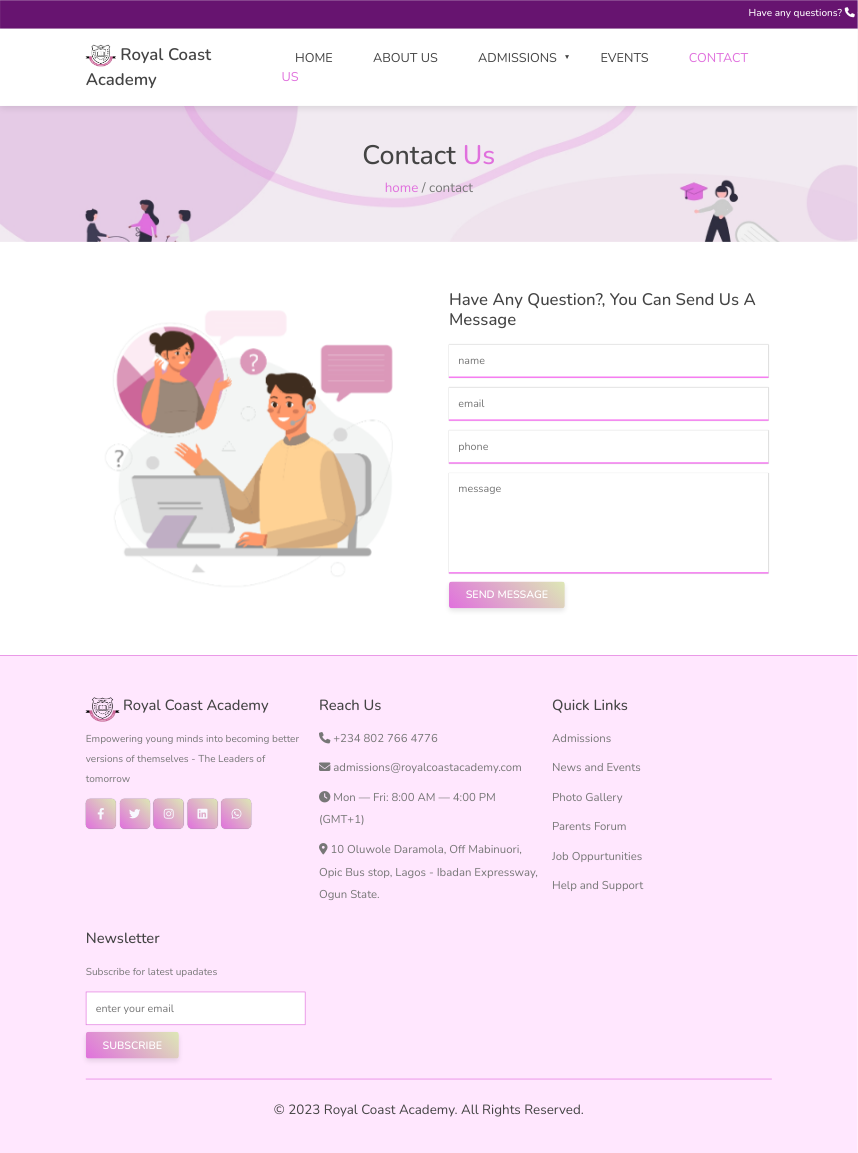
Repository: AdeniranZion/RC-Academy
Page: http://localhost/contact.php
These files come from the project's save history. The page is drawn as it stood at one moment and after the next save; the edit follows.
The browser window is 1280 px wide. The pictures show the whole page, at 67% of full size.
Some web libraries are served in a nearby version. The page is run by PHP 8.4 with error messages shown; the project is at /var/www/html/.

Above is the page before, as saved 2024-06-21 18:30:55.
Console error: TypeError: Cannot set properties of null (setting 'onclick')

### contact.php
<?php include_once "partials/header.php"; ?>


<!-- header section ends -->

<section class="heading-link" data-aos="fade-in">
   <h3>contact <span style="color: #e070dd;">us</span></h3>
   <p> <a href="index.php">home</a> / contact </p>
</section>

<!-- contact section starts  -->

<section class="contact">

   <div class="row">

      <div class="image" data-aos="fade-right">
         <img src="images/contact-img.png" alt="">
      </div>

      <form action="" data-aos="fade-left" data-aos-duration="1200">
         <h3>Have any Question?, You can send us a message</h3>
         <input type="text" placeholder="name" class="box">
         <input type="email" placeholder="email" class="box">
         <input type="number" placeholder="phone" class="box">
         <textarea name="" class="box" placeholder="message" id="" cols="30" rows="10"></textarea>
         <input type="submit" value="send message" class="btn">
      </form>
   </div>
   <div>

   </div>

</section>

<!-- contact section ends -->


<?php include_once "partials/footer.php"; ?>



<!-- swiper js link  -->
<script src="https://unpkg.com/swiper@7/swiper-bundle.min.js"></script>

<!-- custom js file link  -->
<script src="js/script.js"></script>

</body>
</html>

### partials/header.php
 <!--HTML BEGINS-->
<!doctype html>
<html lang="en">
  <head>

  <script src="https://cdn.jsdelivr.net/npm/aos@2.3.4/dist/aos.js"></script>
  <link rel="stylesheet" href="https://cdn.jsdelivr.net/npm/aos@2.3.4/dist/aos.css">
<link rel="stylesheet" href="css/qlstyle.css">
<link rel="stylesheet" href="https://cdn.jsdelivr.net/npm/bootstrap@4.5.3/dist/css/bootstrap.min.css" integrity="sha384-TX8t27EcRE3e/ihU7zmQxVncDAy5uIKz4rEkgIXeMed4M0jlfIDPvg6uqKI2xXr2" crossorigin="anonymous">
<link rel="stylesheet" href="https://cdn.jsdelivr.net/npm/bootstrap-icons@1.11.3/font/bootstrap-icons.min.css">
<link rel="stylesheet" href="https://cdnjs.cloudflare.com/ajax/libs/font-awesome/6.3.0/css/all.min.css">
<link rel="stylesheet" href="https://unpkg.com/swiper@7/swiper-bundle.min.css">


  <title>Royal Coast Academy</title>
    <!-- Required meta tags -->
    <meta charset="UTF-8">
   <meta http-equiv="X-UA-Compatible" content="IE=edge">
   <meta name="viewport" content="width=device-width, initial-scale=1.0">



   <!-- swiper css link  -->
   <link rel="stylesheet" href="https://unpkg.com/swiper@7/swiper-bundle.min.css" />
   <link rel="stylesheet" href="https://fontawesome.com/icons/phone?s=solid&f=classic" />

   <!-- custom css file link  -->
   <link rel="stylesheet" href="css/style.css">
   <link rel="stylesheet" href="css/aos.css">



<!-- //Go to top Button -->
<button onclick="topFunction()" class="top-btn" id="myBtn" title="Go to top"><img width="50%" src="images/chevron_up1.png" alt=""></button>
</head>

<body>


<!-- header section starts  -->
<div class="scroll-div">
    <div class="scroll-wrapper">
      <div class="scroll-text">
        <h1>Have any questions? <i class="fa-solid fa-phone"></i> Call us on +2348027664776 +2347059695895 +2349030009521 <i class="fa-solid fa-envelope"></i> royalcoastacademy@gmail.com or <i class="fa-solid fa-location-dot"></i> Visit us @ 10 Oluwole Daramola Crescent, Isheri Oke 102109, Ojodu Berger, Ogun State.</h1>
      </div>
    </div>
  </div>



<header class="header">


   <a href="#" class="logo">
      <img src="images/RCALogo.png" width="45" alt="Royal Coast Academy Logo">
      Royal Coast Academy
   </a>


   <nav class="navbar">

         <div id="close-navbar" class="fa-sharp fa-solid fa-xmark"></div>

         <?php
            $file_names = ['index.php', 'calendar.php', 'contact.php', 'about.php', 'courses.php', 'admissions.php', 'admission_form.php'];
            $current_page = basename($_SERVER['PHP_SELF']);
            $links = array(
               array('text' => 'HOME', 'href' => 'index.php'),
               array('text' => 'ABOUT US', 'href' => 'about.php'),
               array('text' => 'ADMISSIONS', 'href' => 'admissions.php'),
               array('text' => 'EVENTS', 'href' => 'calendar.php'),
               array('text' => 'CONTACT US', 'href' => 'contact.php'),
            );

            echo '<nav>'; // Start the navigation container

            foreach ($links as $link) {
               // Check if the link is the current page or if it's the admissions link when on admission_form.php
               $style = ($link['href'] == $current_page || ($link['href'] == 'admissions.php' && $current_page == 'admission_form.php')) ? 'style="color: #e070dd;"' : '';

               if ($link['text'] == 'ADMISSIONS') {
                  echo '<div class="dropdown">';
                  echo '<a href="' . $link['href'] . '" ' . $style . '>' . $link['text'] . '</a>';
                  echo '<div class="dropdown-content">';

                  // Set style for dropdown links, excluding the current page
                  echo '<a href="admission_form.php"' . ($current_page == 'admission_form.php' ? ' style="color: #e070dd;"' : '') . '>Admission Form</a>';
                  echo '<a href="admissions.php"' . ($current_page == 'admissions.php' ? ' style="color: #e070dd;"' : '') . '>Admission Details</a>';

                  echo '</div>';
                  echo '</div>';
               } else {
                     echo '<a href="' . $link['href'] . '" ' . $style . '>' . $link['text'] . '</a>';
               }
             }

            echo '</nav>'; // End the navigation container
?>





   </nav>

   <div class="icons">
      <div id="menu-btn" class="fa-solid fa-bars"></div>
   </div>

</header>


<script>
    AOS.init({
        duration: 800, // animation duration in milliseconds
        offset: 200, // offset (in pixels) from the top of the page for the start of the animation
        easing: 'ease-out', // easing function to use for the animation
        once: true, // only animate elements once on page load
    });

      // Refresh AOS on scroll event
      window.addEventListener('scroll', function() {
      AOS.refresh();
});
  </script>

</body>

### partials/footer.php
<!-- footer section starts  -->


<section class="footer">

   <div class="box-container">

      <div class="box">
         <h3> <img style="margin-bottom: -3%;" src="images/RCALogo.png" width="50"> Royal Coast Academy </h3>
         <p>Empowering young minds into becoming better versions of themselves - The Leaders of tomorrow</p>
         <div class="share">
            <a href="#" class="fa-brands fa-facebook-f"></a>
            <a href="#" class="fa-brands fa-twitter"></a>
            <a href="https://www.instagram.com/royalcoastacademy/" class="fa-brands fa-instagram"></a>
            <a href="#" class="fa-brands fa-linkedin"></a>
            <a href="https://wa.me/+2348027664776" class="fa-brands fa-whatsapp"></a>
         </div>
      </div>

      <div class="box">
         <h3>Reach Us</h3>
         <a href="tel:+2348027664776" class="link"><i class="fa-solid fa-phone"></i> <span> +234 802 766 4776</span></a>
         <a href="mailto:admissions@schoolname.com" class="link"><i class="fa-sharp fa-solid fa-envelope"></i> admissions@royalcoastacademy.com</a>
         <a class="link"><i class="fa-solid fa-clock"></i><span> Mon — Fri: 8:00 AM — 4:00 PM (GMT+1)
         </span></a>
         <a href="https://www.google.com/maps/place/Royal+Coast+Academy/@6.6436294,3.3875633,17z/data=!4m15!1m8!3m7!1s0x103b937ae5824571:0xccc23bd1c27304eb!2s10+Oluwole+Daramola+Cres,+Isheri+Oke+102109,+Ojodu+Berger,+Ogun+State!3b1!8m2!3d6.6436294!4d3.3875633!16s%2Fg%2F11sk8n63bg!3m5!1s0x103b9320de5d0e97:0x8af30d24481b53f6!8m2!3d6.6436294!4d3.3875633!16s%2Fg%2F11smwgcrfj" class="link"><i class="fa-solid fa-location-dot"></i><span> 10 Oluwole Daramola, Off Mabinuori, Opic Bus stop, Lagos - Ibadan Expressway, Ogun State.</span></a>
      </div>

      <div class="box">
         <h3>Quick links</h3>
         <a href="admissions.php" class="link">Admissions</a>
         <a href="calendar.php" class="link">News and Events</a>
         <a href="photogallery.php" class="link">Photo Gallery</a>
         <a href="unavailable.php" class="link">Parents Forum</a>
         <a href="unavailable.php" class="link">Job Oppurtunities</a>
         <a href="faq.php" class="link">Help and Support</a>
      </div>

      <div class="box">
         <h3>newsletter</h3>
         <p>Subscribe for latest upadates</p>
         <form action="">
            <input type="email" name="" placeholder="enter your email" id="" class="email">
            <input type="submit" value="subscribe" class="btn">
         </form>
      </div>

   </div>

   <div class="credit">&copy; <?php echo date("Y");?> Royal Coast Academy. all rights reserved. </div>

</section>

<!-- footer section ends -->







<!-- swiper js link  -->
<script src="https://unpkg.com/swiper@7.4.1/swiper-bundle.min.js"></script>

<!-- custom js file link  -->
<script src="js/script.js"></script>
<script src="js/aos.js"></script>

### css/qlstyle.css
    * {
  margin: 0;
  padding: 0;
  box-sizing: border-box;
}

body {
  background-color: #fff;
}

header {
  position: fixed;
  top: 0;
  left: 0;
  width: 100%;
  background-color: #000;
  padding: 20px;
  z-index: 1;
}

nav ul {
  display: flex;
  justify-content: space-between;
  align-items: center;
}

nav li {
  list-style: none;
}

nav a {
  color: #000;
  font-size: 1.5rem;
  text-decoration: none;
  padding: 10px 20px;
  border-radius: 5px;
  transition: all 0.3s ease;
}

nav a:hover {
  background-color: #000;
  color: #ffffff;
}

.hero {
  height: 100vh;
  display: flex;
  flex-direction: column;
  justify-content: center;
  align-items: center;
  color: #666566;
  text-align: center;
  position: relative;
  overflow: hidden;
}

.hero::before {
  content: "";
  position: absolute;
  top: -50%;
  left: -50%;
  width: 200%;
  height: 200%;
  background-color: rgba(255,255,255,0.1);
  transform: rotate(45deg);
  z-index: -1;
}

.hero h1 {
  font-size: 5.5rem;
  font-weight: 700;
  margin-bottom: 20px;
  text-shadow: 0 0 5px #edccf0;
}

.hero p {
  font-size: 2rem;
  font-weight: 300;
  margin-bottom: 30px;
  text-shadow: 0 0 10px rgba(255,255,255,0.5);
}

.btn2 {
  background-color: #f6eff7;
  color: #000;
  font-size: 1.6rem;
  padding: 10px 20px;
  border-radius: 5px;
  text-decoration: none;
  transition: all 0.3s ease;
  box-shadow: 0 0 10px rgb(201, 201, 201);
}

.btn2:hover {
  background-color: #edccf0;
  color: #000;
  border: #edccf0;
}

.info {
  padding: 100px 0;
  text-align: center;
  color: #fff;
  position: relative;
  overflow: hidden;
}

.info::before {
  content: "";
  position: absolute;
  top: -50%;
  left: -50%;
  width: 200%;
  height: 200%;
  background-color: rgba(255,255,255,0.1);
  transform: rotate(45deg);
  z-index: -1;
}

.info h2 {
  font-size: 3rem;
  font-weight: 700;
  margin-bottom: 20px;
  text-shadow: 0 0 10px rgba(255,255,255,0.5);
}

.info p {
  font-size: 1.5rem;
  font-weight: 300;
  margin-bottom: 30px;
  text-shadow: 0 0 10px rgba(255,255,255,0.5);
}

.info ul {
  list-style: none;
  display: flex;
  justify-content: space-between;
  align-items: center;
  margin-bottom: 30px;
}

.info ul li {
  font-size: 1.2rem;
}

.floating-objects {
  position: fixed;
  top: 0;
  left: 0;
  width: 100%;
  height: 100%;
  z-index: -1;
  display: grid;
  grid-template-columns: repeat(6, 1fr);
  grid-template-rows: repeat(4, 1fr);
  opacity: 10%;
}

.floating-object {
  width: 60px;
  height: 60px;
  background-color: #000;
  opacity: 0.6;
  position: relative;
  animation: float 12s ease-in-out infinite;
}

.floating-object:nth-child(1) {
  grid-column: 3 / span 2;
  grid-row: 1 / span 2;
  animation-name: float-right-down;
}

.floating-object:nth-child(2) {
  grid-column: 2 / span 2;
  grid-row: 2 / span 2;
  animation-name: float-left-down;
  background-color: #9e39a3;
}

/* red */
.floating-object:nth-child(3) {
  grid-column: 4 / span 2;
  grid-row: 3 / span 2;
  animation-name: float-left-up;
  width: 100px;
  height: 100px;
  background-color: red;
  clip-path: polygon(50% 0%, 100% 20%, 100% 80%, 50% 100%, 0% 80%, 0% 20%);
  opacity: 0.7;
  border: 2px solid #000;
  border-radius: 30px;
}
.floating-object:nth-child(4) {
  grid-column: 6 / span 2;
  grid-row: 4 / span 3;
  animation-name: float-left-down;

}

.floating-object:nth-child(5) {
  grid-column: 6 / span 2;
  grid-row: 1 / span 2;
  animation-name: float-right-up;
  width: 150px;
  height: 150px;
  background-color: transparent;
  opacity: 0.7;
  border: 1px solid #000;

}

.floating-object:nth-child(6) {
  grid-column: 4 / span 2;
  grid-row: 2 / span 3;
  animation-name: float-right-down;
  width: 250px;
  height: 250px;
  background-color: transparent;
  border: 2px solid #000;
  opacity: 0.1;
  box-shadow: 0 0 10px rgb(201, 201, 201);
}

.floating-object:nth-child(7) {
  grid-column: 3 / span 2;
  grid-row: 3 / span 3;
  animation-name: float-left-down;
  width: 250px;
  height: 250px;
  background-color: transparent;
  opacity: 0.7;
  border: 2px solid #000;
  border-radius: 50%;
  box-shadow: 0 0 50px rgb(201, 201, 201);
}

.floating-object:nth-child(8) {
  grid-column: 5 / span 2;
  grid-row: 2 / span 2;
  animation-name: float-right-down;
  width: 150px;
  height: 150px;
  background-color: #9e39a3;
  opacity: 0.7;
  border: 2px solid #9e39a3;
  border-radius: 50%;
}

/* red 2*/
.floating-object:nth-child(9) {
    grid-column: 1 / span 2;
    grid-row: 5 / span 2;
    animation-name: float-right-up;
    width: 350px;
    height: 350px;
    background-color: red;
    clip-path: polygon(50% 0%, 100% 20%, 100% 80%, 50% 100%, 0% 80%, 0% 20%);
    opacity: 0.2;
    border: 2px solid #000;
    border-radius: 30px;
  }


.hexagon {
    top: 30vh;
    left: 40%;
    position: absolute;
    margin: 0 auto;
    background-color: dodgerblue;
    border-radius: 10px;
    width: 100px;
    height: 63px;
    box-sizing: border-box;
    transition: all 1s;
    border: 0.4vh solid transparent;
    grid-column: 4 / span 2;
    grid-row: 3 / span 2;
    animation-name: float-right-up;
    width: 60px;
    height: 60px;
    background-color: #fff;
    opacity: 0.6;
    position: relative;
    animation: float 6s ease-in-out infinite;
}

@keyframes float-right-down {
  0% {
    transform: translateX(0px) translateY(0px);
  }
  50% {
    transform: translateX(50px) translateY(50px);
  }
  100% {
    transform: translateX(0px) translateY(0px);
  }
}

@keyframes float-left-down {
  0% {
    transform: translateX(0px) translateY(0px);
  }
  50% {
    transform: translateX(-50px) translateY(50px);
  }
  100% {
    transform: translateX(0px) translateY(0px);
  }
}

@keyframes float-right-up {
  0% {
    transform: translateX(0px) translateY(0px);
  }
  50% {
    transform: translateX(50px) translateY(-50px);
  }
  100% {
    transform: translateX(0px) translateY(0px);
  }
}

@keyframes float-left-up {
  0% {
    transform: translateX(0px) translateY(0px);
  }
  50% {
    transform: translateX(-50px) translateY(-50px);
  }
  100% {
    transform: translateX(0px) translateY(0px);
  }
}

.hexagon {
    top: 30vh;
    left: 40%;
    position: absolute;
    margin: 0 auto;
    background-color: dodgerblue;
    border-radius: 10px;
    width: 100px;
    height: 63px;
    box-sizing: border-box;
    transition: all 1s;
    border: 0.4vh solid transparent;
}

/* Creating pseudo-class */
.hexagon:before, .hexagon:after {
    content: "";
    border: inherit;
    position: absolute;
    top: -0.5vh;
    left: -0.5vh;
    background-color: dodgerblue;
    border-radius: inherit;
    height: 100%;
    width: 100%;
}

/* Align them in such a way
that they form a hexagon */
.hexagon:before {
    transform: rotate(60deg);
}
.hexagon:after {
    transform: rotate(-60deg);
}

### css/aos.css
/* Fade-in from the right animation */
[data-aos="fade-right"] {
    opacity: 0;
    transform: translateX(100px);
    transition: opacity 0.6s ease-out, transform 0.6s ease-out;
  }

  [data-aos="fade-right"].aos-animate {
    opacity: 1;
    transform: translateX(0);
  }

Loaded but not shown: js/script.js (156 lines, source omitted); js/aos.js (24 lines, source omitted); css/style.css (1695 lines, source omitted)

After the next save:
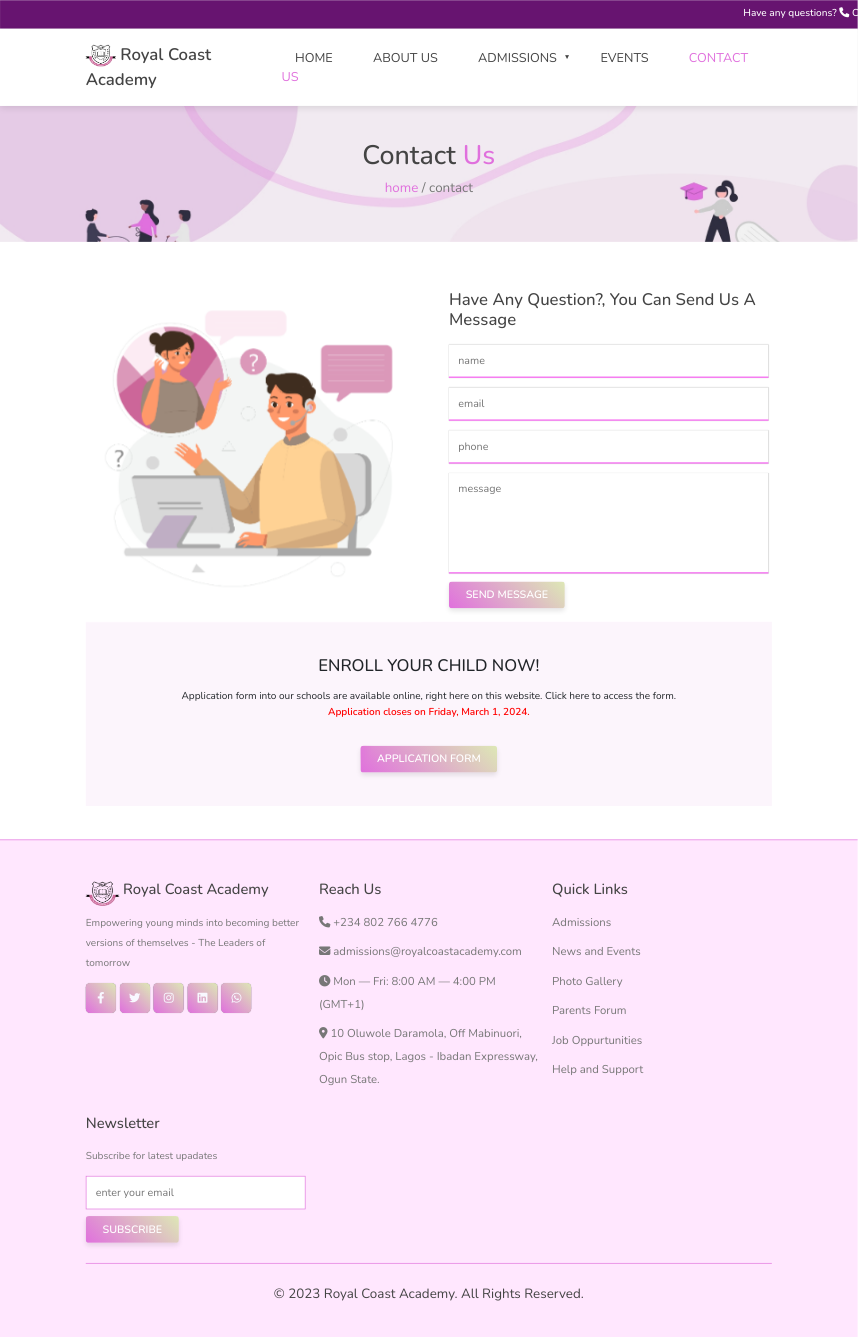
Saved 2 min 0 s later.
--- a/contact.php
+++ b/contact.php
@@ -27,9 +27,14 @@
          <input type="submit" value="send message" class="btn">
       </form>
    </div>
-   <div>
-
-   </div>
+          <!-- Contact Admissions Section -->
+    <div class="contact-admissions" style="padding: 50px 20px; text-align: center; background-color: #fcf5fc">
+      <h2 style="font-size: 2.5em; margin-bottom: 20px;">ENROLL YOUR CHILD NOW!</h2>
+      <p style="font-size: 1.5em; max-width: 800px; margin: 0 auto 40px;">Application form into our schools are available online, right here on this website.
+      Click here to access the form. <strong style="color: red;">Application closes on Friday, March 1, 2024.</strong></p>
+      <a href="admission_form.php" class="btn" >Application Form</a>
+    </div>
+    <!-- End Contact Admissions Section -->
 
 </section>
 
